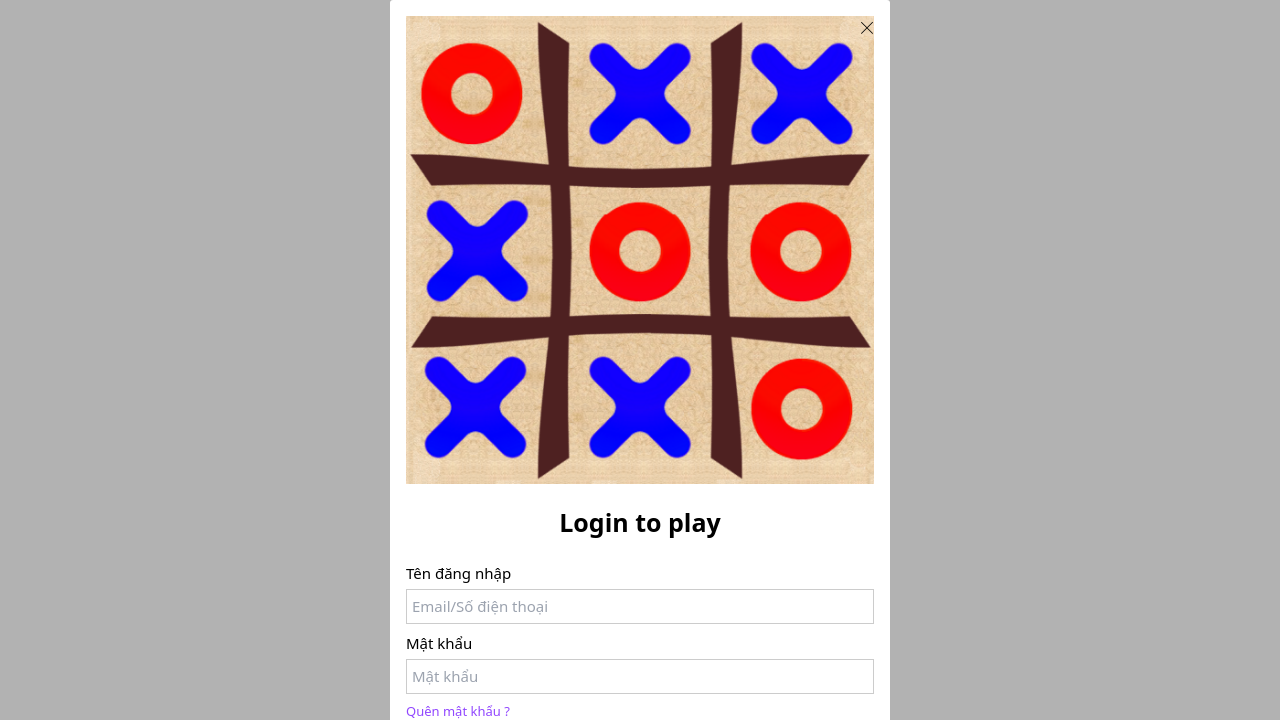
Repository: Teddy1705/demo_pj
Page: /
These files come from the project's save history. The page is drawn as it stood at one moment and after the next save; the edit follows.
The browser window is 1280 px wide. The pictures show the whole page.
The project was rebuilt for these pictures with package versions that can differ from the ones it lists, and the page was loaded fresh each time. Also part of the build but not shown: vite.config.js.

Above is the page before, as saved 2024-04-16 10:52:07.

After the next save:
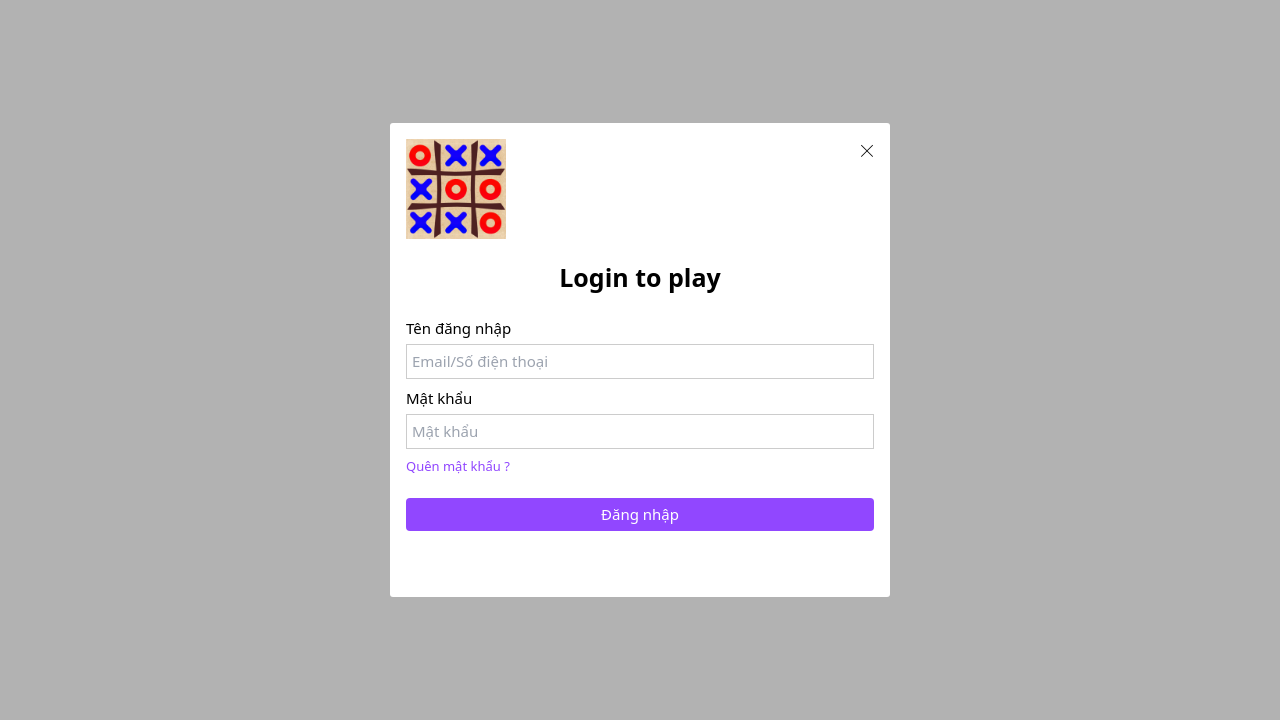
Saved 114 s later.
--- a/src/index.css
+++ b/src/index.css
@@ -591,6 +591,10 @@ video {
 .auth-form {
 }
 
+.auth-form__logo-game {
+  width: 100px;
+}
+
 .auth-form__heading {
   font-size: 25px;
   font-weight: 700;
